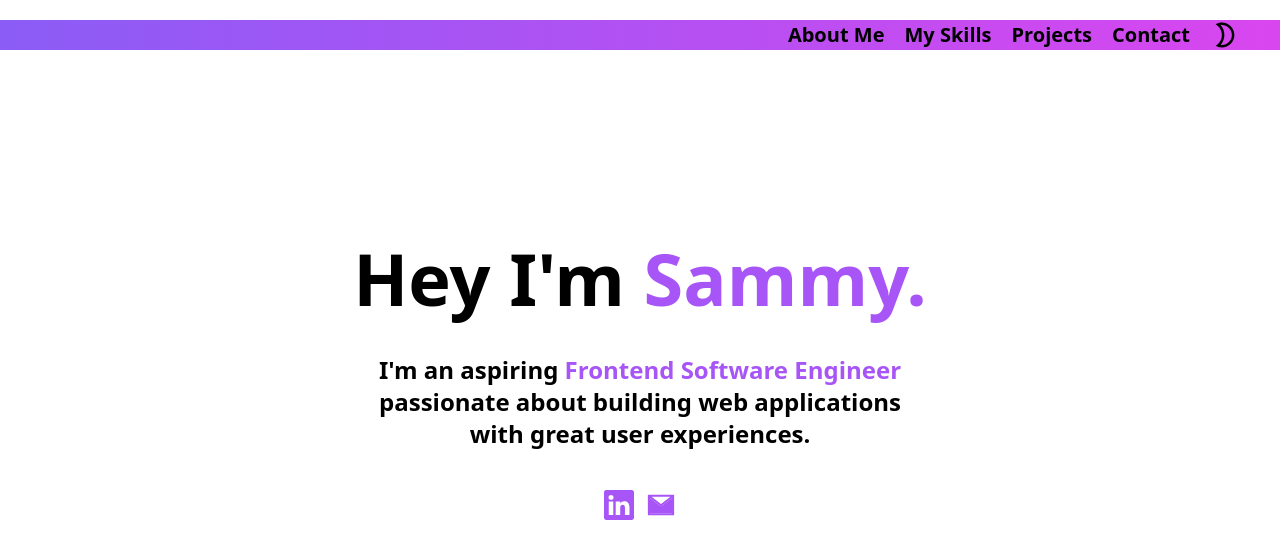
Repository: Al123Kudayyd/e-portfolio
Page: /
An editor plug-in stored every save of this project. The page is shown before and after the next save, followed by the edit.
The browser window is 1280 px wide. The pictures show the whole page.
The project was rebuilt for these pictures with package versions that can differ from the ones it lists, and the page was loaded fresh each time. The framework's server and built-in components were replaced by stand-ins that run in the browser. Also part of the build but not shown: next.config.js.

Above is the page before, as saved 2023-06-06 23:41:44.

### pages/index.tsx
import Info from "@/components/Info";
import Nav from "@/components/Nav";



export default function Home() {
  return (
    <>
      <Nav />
      <div className="md:mt-48">
        <Info />
        <div className="border-black h-16 w-16"></div>
      </div>


    </>
  )
}

### components/Info.tsx
import { BsLinkedin } from 'react-icons/bs'
import { AiTwotoneMail } from 'react-icons/ai'

function Info() {
  return (
    <div className="overflow-hidden">
        <div className="space-y-10 flex-col text-center justify-center items-center">
          <h1 className="text-7xl font-bold">Hey I'm <span className="text-purple-500">Sammy.</span></h1>
          <h3 className="text-2xl font-semibold">I'm an aspiring <span className="text-purple-500">Frontend Software Engineer</span> <br /> passionate about building web applications <br /> with great user experiences.</h3>
          <div className="flex justify-center items-center space-x-3 text-3xl text-purple-500 cursor-pointer">
            <BsLinkedin />
            <AiTwotoneMail />
          </div>
        </div>
      </div>
  )
}

export default Info

### components/Nav.tsx
import { MdOutlineModeNight } from 'react-icons/md'
import { FaBars } from 'react-icons/fa'

function Nav() {
  return (
    <section className='bg-gradient-to-r from-violet-500 to-fuchsia-500'>
      <div className='my-5 mx-10 flex items-center justify-end font-bold cursor-pointer'>
        <FaBars className='flex md:hidden lg:hidden text-2xl hover:text-purple-500 transition' />
        <ul className='md:flex lg:flex hidden space-x-5 items-center justify-end text-xs sm:text-xl'>
            <li className='hover:text-purple-500 transition'>About Me</li>
            <li className='hover:text-purple-500 transition'>My Skills</li>
            <li className='hover:text-purple-500 transition'>Projects</li>
            <li className='hover:text-purple-500 transition'>Contact</li>
            <li><MdOutlineModeNight className='text-3xl hover:scale-110 transition' /></li>

        </ul>
      </div>
    </section>

  )
}

export default Nav

Loaded but not shown: pages/_app.tsx (common file); pages/_document.tsx (common file); styles/globals.css (common file); tailwind.config.js (common file)

After the next save:
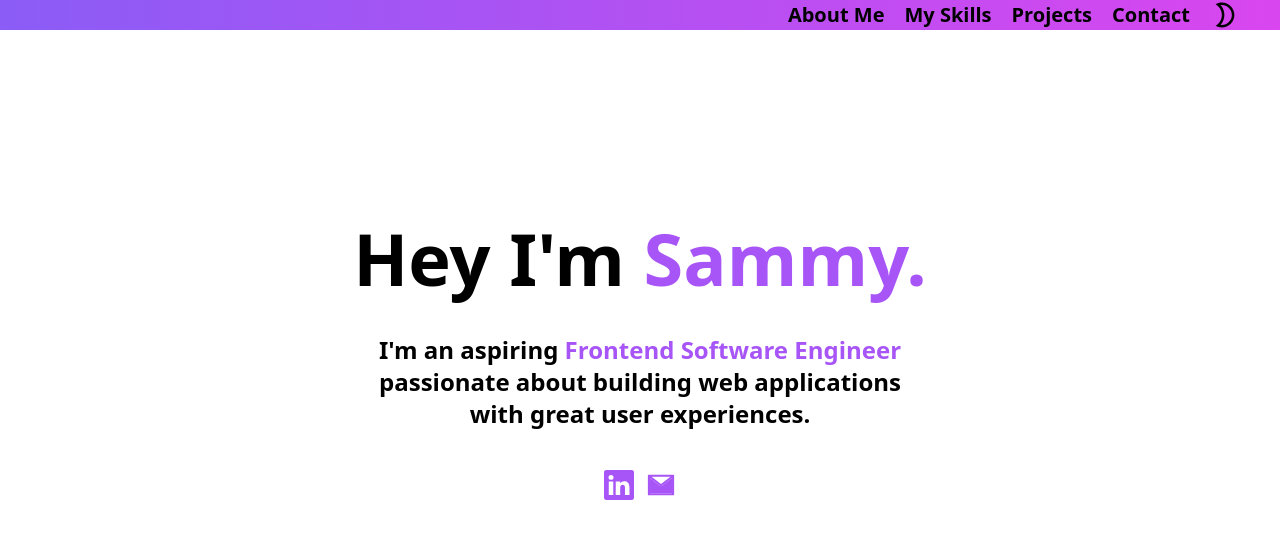
Saved 22 s later.
--- a/components/Nav.tsx
+++ b/components/Nav.tsx
@@ -4,7 +4,7 @@ import { FaBars } from 'react-icons/fa'
 function Nav() {
   return (
     <section className='bg-gradient-to-r from-violet-500 to-fuchsia-500'>
-      <div className='my-5 mx-10 flex items-center justify-end font-bold cursor-pointer'>
+      <div className=' mx-10 flex items-center justify-end font-bold cursor-pointer'>
         <FaBars className='flex md:hidden lg:hidden text-2xl hover:text-purple-500 transition' />
         <ul className='md:flex lg:flex hidden space-x-5 items-center justify-end text-xs sm:text-xl'>
             <li className='hover:text-purple-500 transition'>About Me</li>
